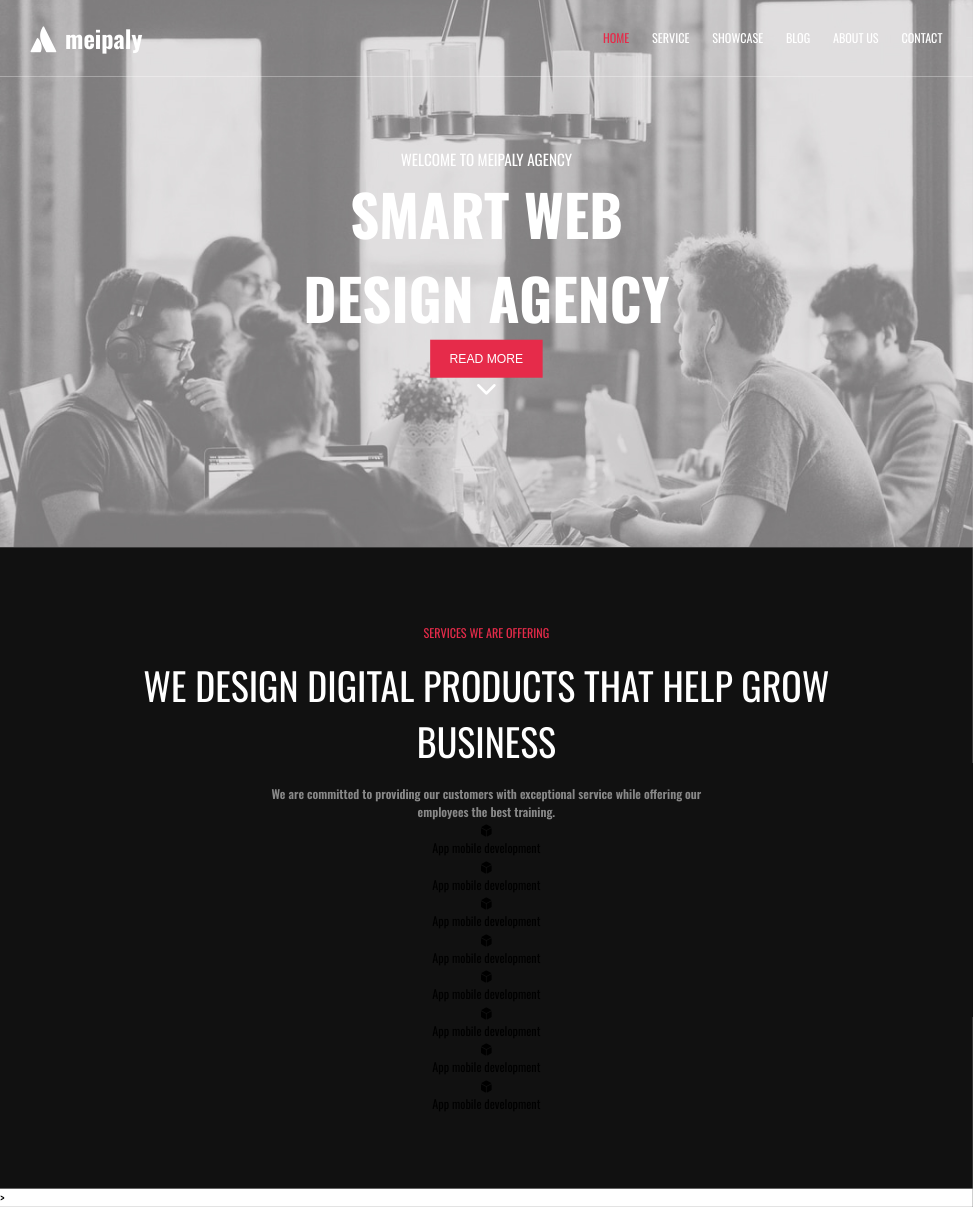
Repository: trminhphuc1504/meipaly
Page: meipaly.html
The author's editor kept a copy of each file at every save. The page is drawn from the files as they stood at one save, then again after the next save.
The browser window is 1280 px wide. The pictures show the whole page, at 76% of full size.
Some web libraries are served in a nearby version.

Above is the page before, as saved 2024-08-19 00:26:00.

After the next save:
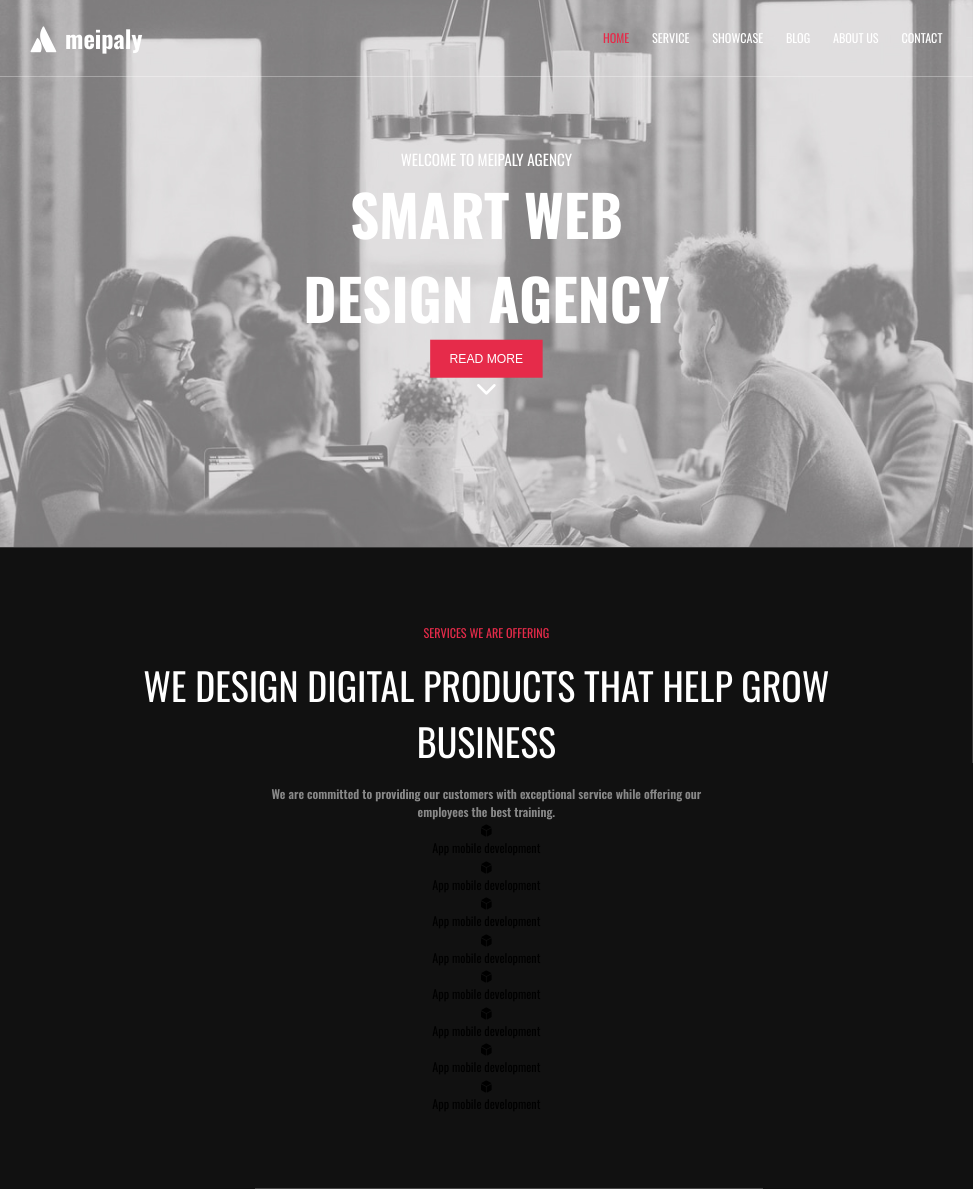
Saved 52 s later.
--- a/meipaly.html
+++ b/meipaly.html
@@ -113,7 +113,12 @@
     <!-- Slick JS -->
     <script src="./lib/slick/slick.min.js"></script>
 
-    <script></script>
-    >
+    <script>
+      $(".multiple-items").slick({
+        infinite: true,
+        slidesToShow: 3,
+        slidesToScroll: 3,
+      });
+    </script>
   </body>
 </html>
